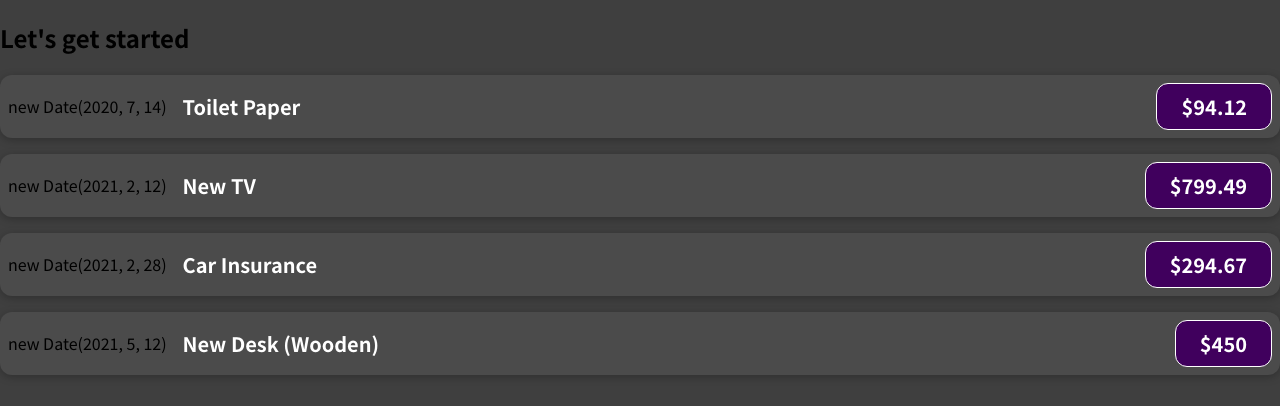
Repository: runner855/expense-tracker
Page: /
These files come from the project's save history. The page is drawn as it stood at one moment and after the next save; the edit follows.
The browser window is 1280 px wide. The pictures show the whole page.
The project was rebuilt for these pictures with package versions that can differ from the ones it lists, and the page was loaded fresh each time.

Above is the page before, as saved 2022-09-02 14:33:36.

After the next save:
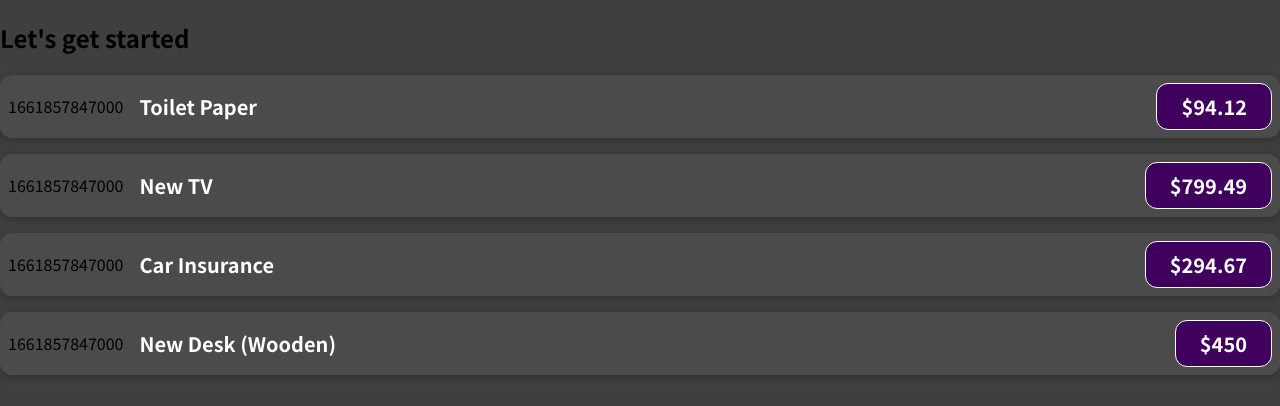
Saved 2 min 10 s later.
--- a/src/components/ExpenseItem.js
+++ b/src/components/ExpenseItem.js
@@ -10,7 +10,7 @@ const ExpenseItem = (props) => {
   return (
     <div className='expense-item'>
       <div className='expense-item__date'>
-        {`${date}`}
+        {`${date}`, Date.now()}
       </div>
       <div className='expense-item__description'>
         <h2>{`${title}`}</h2>
